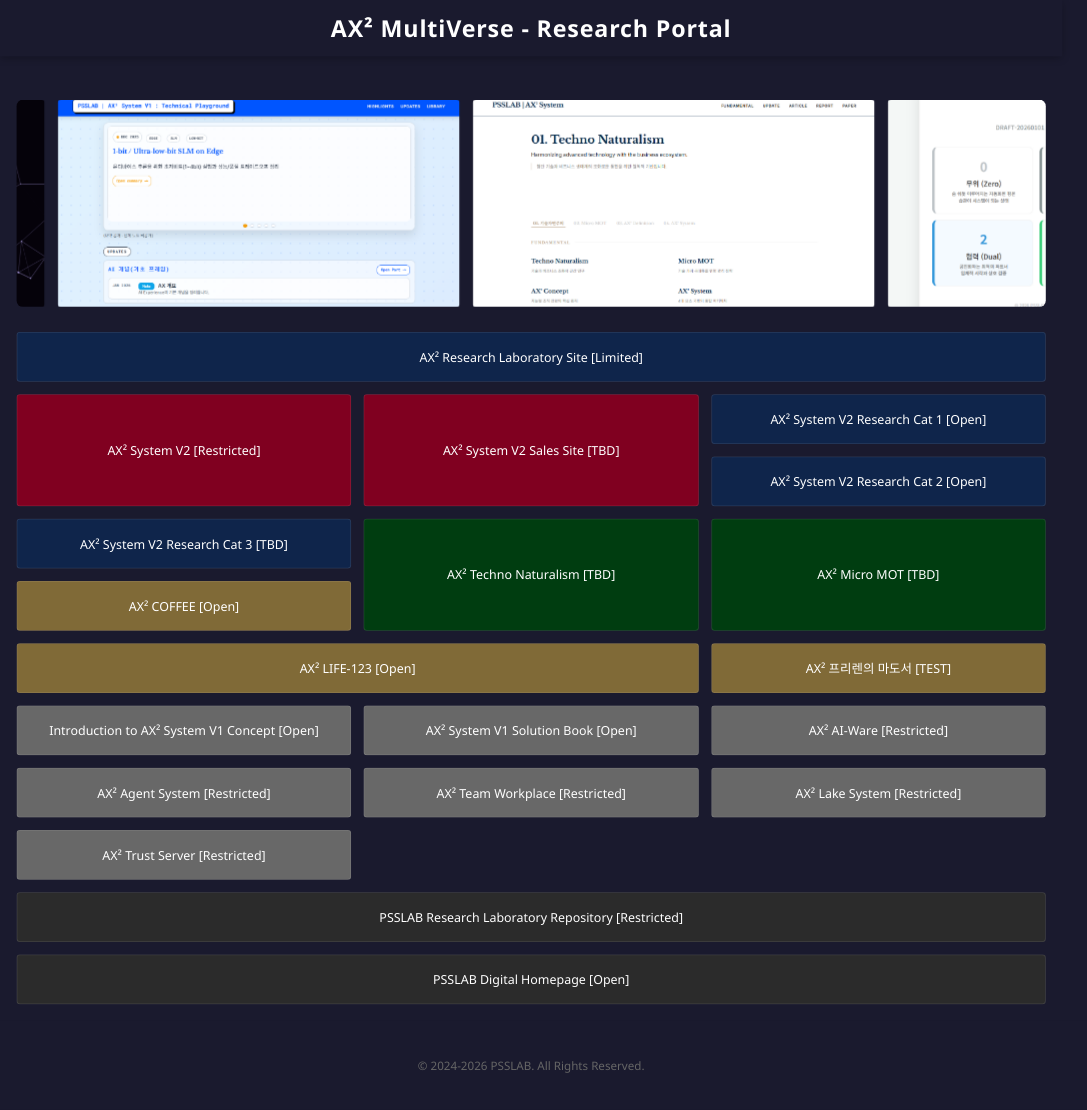
Repository: hycse89/PSSLAB_OpenSite
Page: psslab_multiverse_v3.html
An editor plug-in stored every save of this project. The page is shown before and after the next save, followed by the edit.
The browser window is 1280 px wide. The page is 1310 px wide, so the pictures cover 1310 px, including what lies to the right of the window. The pictures show the whole page, at 83% of full size.

Above is the page before, as saved 2026-01-11 22:34:20.

### psslab_multiverse_v3.html
<!DOCTYPE html>
<html lang="en">
<head>
    <meta charset="UTF-8">
    <meta name="viewport" content="width=device-width, initial-scale=1.0">
    <title>PSSLAB MultiVerse Campus - Mondrian Edition</title>

    <link rel="icon" type="image/png" href="favicon.png">

    <style>
        /* General Page Styles */
        body {
            margin: 0;
            background-color: #1a1a2e;
            font-family: 'Segoe UI', Arial, sans-serif;
            display: flex;
            flex-direction: column;
            align-items: center;
            min-height: 100vh;
            color: #ffffff;
        }

        /* Fixed Header */
        .header {
            position: fixed;
            top: 0;
            left: 0;
            width: 100%;
            background-color: #1a1a2e;
            color: #ffffff;
            z-index: 1000;
            padding: 15px 0;
            box-shadow: 0 2px 10px rgba(0,0,0,0.3);
        }

        .header h1 {
            font-size: 28px;
            margin: 0;
            text-align: center;
            letter-spacing: 1px;
        }

        /* Main content container */
        .main-content {
            margin-top: 100px;
            width: 100%;
            max-width: 1400px;
            display: flex;
            flex-direction: column;
            align-items: center;
            padding: 20px;
            box-sizing: border-box;
        }

        /* Image Slider Container */
        .slider-container {
            width: 100%;
            overflow: hidden;
            margin-bottom: 30px;
            border-radius: 8px;
        }

        .slider-wrapper {
            display: flex;
            width: calc(500px * 13);
            animation: scroll 60s linear infinite;
        }

        .slider-image {
            width: 500px;
            height: 250px;
            flex-shrink: 0;
            padding: 0 8px;
            box-sizing: border-box;
        }

        .slider-image img {
            width: 100%;
            height: 100%;
            object-fit: cover;
            border-radius: 4px;
        }

        @keyframes scroll {
            0% { transform: translateX(0); }
            100% { transform: translateX(calc(-500px * 11)); }
        }

        /* --- Mondrian Grid Layout System --- */
        .link-container {
            display: grid;
            /* 최소 너비 350px 확보 */
            grid-template-columns: repeat(auto-fill, minmax(350px, 1fr));
            /* 60px 단위의 눈금 설정 */
            grid-auto-rows: 60px;
            gap: 15px;
            width: 100%;
            /* 빈 공간을 최적으로 메워주는 설정 */
            grid-auto-flow: dense;
        }

        /* Link Button Base Style */
        .link-button {
            display: flex;
            align-items: center;
            justify-content: center;
            padding: 20px;
            font-size: 15px;
            color: white;
            text-decoration: none;
            border-radius: 4px;
            transition: all 0.3s cubic-bezier(0.25, 0.8, 0.25, 1);
            text-align: center;
            box-sizing: border-box;
            line-height: 1.4;
            border: 1px solid rgba(255,255,255,0.1);
        }

        .link-button:hover {
            transform: scale(1.01);
            filter: brightness(1.2);
            box-shadow: 0 5px 15px rgba(0,0,0,0.3);
            z-index: 2;
        }

        /* --- Mondrian Size Classes (Proportional) --- */
        /* 가로 비중 */
        .w-1 { grid-column: span 1; }
        .w-2 { grid-column: span 2; }
        .w-3 { grid-column: span 3; }

        /* 세로 비중 (60px의 배수) */
        .h-1 { grid-row: span 1; } /* 120px + gap */
        .h-2 { grid-row: span 2; } /* 240px + gap */
        .h-3 { grid-row: span 3; } /* 360px + gap */

        /* 특수 크기: 제목 강조형 */
        .size-hero { grid-column: span 2; grid-row: span 4; font-size: 1.2rem; font-weight: bold; }

        /* Button Colors */
        .color-1 { background-color: #0F254B; }
        .color-2 { background-color: #800020; }
        .color-3 { background-color: #806a37; }
        .color-4 { background-color: #2b2b2b; }
        .color-5 { background-color: #686868; }
        .color-6 { background-color: #003d10; }

        footer {
            width: 100%;
            padding: 30px;
            text-align: center;
            background-color: #1a1a2e;
            color: #666;
            font-size: 14px;
        }

        /* Responsive */
        @media (max-width: 768px) {
            .link-container { grid-template-columns: 1fr; }
            .w-2, .h-2, .h-3, .size-hero { grid-column: span 1; grid-row: span 2; }
        }
    </style>
</head>
<body>

    <header class="header">
        <h1>AX² MultiVerse - Research Portal</h1>
    </header>

    <main class="main-content">
        <div class="slider-container">
            <div class="slider-wrapper">
                <div class="slider-image"><img src="./images/Image2.png" alt="2"></div>
                <div class="slider-image"><img src="./images/Image21.png" alt="21"></div>
                <div class="slider-image"><img src="./images/Image22.png" alt="22"></div>
                <div class="slider-image"><img src="./images/Image31.png" alt="31"></div>
                <div class="slider-image"><img src="./images/Image32.png" alt="32"></div>
                <div class="slider-image"><img src="./images/Image11.png" alt="11"></div>
                <div class="slider-image"><img src="./images/Image3.png" alt="3"></div>
                <div class="slider-image"><img src="./images/Image4.png" alt="4"></div>
                <div class="slider-image"><img src="./images/Image5.png" alt="5"></div>
                <div class="slider-image"><img src="./images/Image1.png" alt="1"></div>
                <div class="slider-image"><img src="./images/Image2.png" alt="2"></div>
            </div>
        </div>

        <div class="link-container">
            <a href="https://hycse89.github.io/PSSLAB_OpenSite/ax2_research_lab/" class="link-button color-1 w-3 h-1">AX² Research Laboratory Site [Limited]</a>

            <a href="http://localhost:8008" class="link-button color-2 w-1 h-2">AX² System V2 [Restricted]</a>
            <a href="ax2_sales/index.html" class="link-button color-2 w-1 h-2">AX² System V2 Sales Site [TBD]</a>

            <a href="ax2_v1_20260101/index.html" class="link-button color-1 h-1">AX² System V2 Research Cat 1 [Open]</a>
            <a href="ax2_v2_20260101/index.html" class="link-button color-1 h-1">AX² System V2 Research Cat 2 [Open]</a>
            <a href="ax2_v3_20260101/index.html" class="link-button color-1 h-1">AX² System V2 Research Cat 3 [TBD]</a>

            <a href="http://localhost:8001/utils/markdown_viewer.html?file=/ax_research/doc/doc_ax_techno_naturalism_v5.md" class="link-button color-6 h-2">AX² Techno Naturalism [TBD]</a>
            <a href="http://localhost:8001/utils/markdown_viewer.html?file=/ax_research/doc/doc_ax_micro_mot_v2.md" class="link-button color-6 h-2">AX² Micro MOT [TBD]</a>


            <a href="http://localhost:8001/ax_site/ax2_life_123/index.html" class="link-button color-3 w-2 h-1">AX² LIFE-123 [Open]</a>
            <a href="http://localhost:8001/ax_site/ax2_coffee/index.html" class="link-button color-3 h-1">AX² COFFEE [Open]</a>
            <a href="http://localhost:8001/ax_site/ax2_frieren/index.html" class="link-button color-3 h-1">AX² 프리렌의 마도서 [TEST]</a>

            <a href="ax2_v1_concept/ax2_homepage.html" class="link-button color-5 h-1">Introduction to AX² System V1 Concept [Open]</a>
            <a href="ax2_v1_concept/solution_book/index.html" class="link-button color-5 h-1">AX² System V1 Solution Book [Open]</a>
            <a href="http://localhost:8002" class="link-button color-5 w-1 h-1">AX² AI-Ware [Restricted]</a>
            <a href="http://localhost:8003" class="link-button color-5 w-1 h-1">AX² Agent System [Restricted]</a>
            <a href="http://localhost:8007" class="link-button color-5 w-1 h-1">AX² Team Workplace [Restricted]</a>
            <a href="http://localhost:8004" class="link-button color-5 w-1 h-1">AX² Lake System [Restricted]</a>
            <a href="http://localhost:8005" class="link-button color-5 w-1 h-1">AX² Trust Server [Restricted]</a>

            <a href="https://github.com/hycse89" class="link-button color-4 w-3 h-1">PSSLAB Research Laboratory Repository [Restricted]</a>
            <a href="http://www.psslab.co.kr" class="link-button color-4 w-3 h-1">PSSLAB Digital Homepage [Open]</a>
        </div>
    </main>

    <footer>
        <p>&copy; 2024-2026 PSSLAB. All Rights Reserved.</p>
    </footer>

</body>
</html>

After the next save:
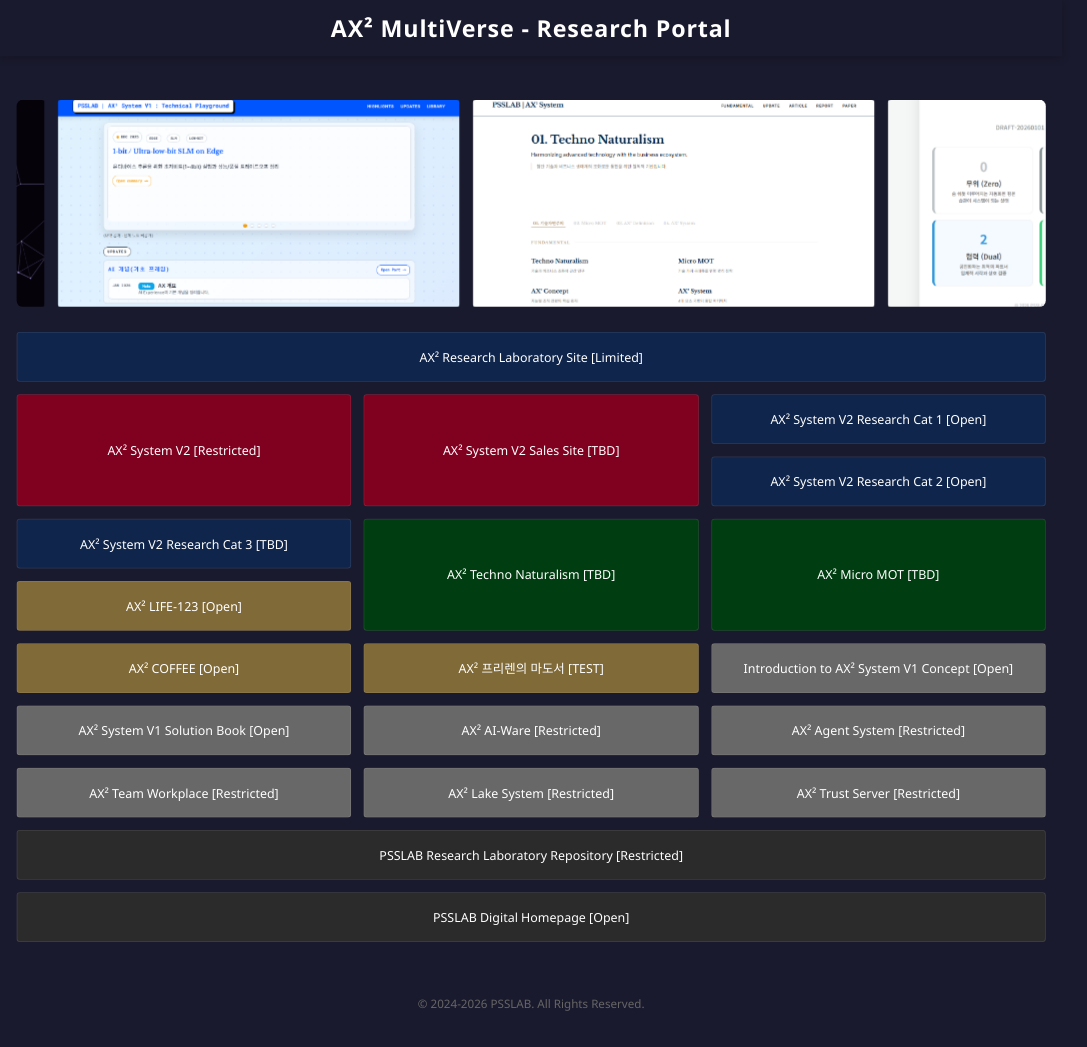
Saved 23 s later.
--- a/psslab_multiverse_v3.html
+++ b/psslab_multiverse_v3.html
@@ -198,7 +198,7 @@
             <a href="http://localhost:8001/utils/markdown_viewer.html?file=/ax_research/doc/doc_ax_micro_mot_v2.md" class="link-button color-6 h-2">AX² Micro MOT [TBD]</a>
 
 
-            <a href="http://localhost:8001/ax_site/ax2_life_123/index.html" class="link-button color-3 w-2 h-1">AX² LIFE-123 [Open]</a>
+            <a href="http://localhost:8001/ax_site/ax2_life_123/index.html" class="link-button color-3 w-1 h-1">AX² LIFE-123 [Open]</a>
             <a href="http://localhost:8001/ax_site/ax2_coffee/index.html" class="link-button color-3 h-1">AX² COFFEE [Open]</a>
             <a href="http://localhost:8001/ax_site/ax2_frieren/index.html" class="link-button color-3 h-1">AX² 프리렌의 마도서 [TEST]</a>
 
